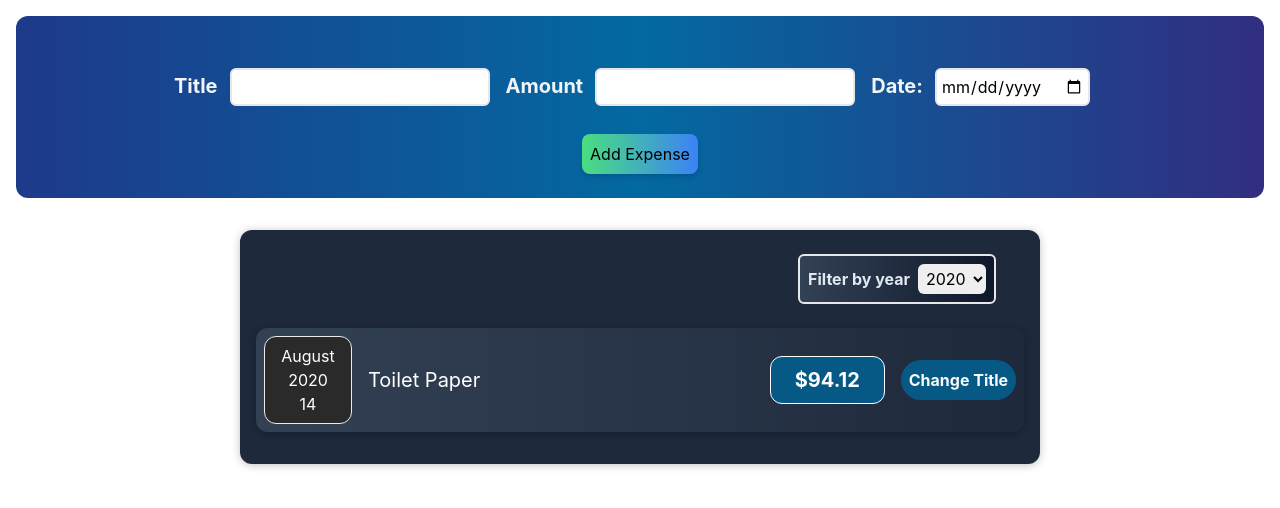
Repository: Sef24/expense-tracker
Page: /
The author's editor kept a copy of each file at every save. The page is drawn from the files as they stood at one save, then again after the next save.
The browser window is 1280 px wide. The pictures show the whole page.
The project was rebuilt for these pictures with package versions that can differ from the ones it lists, and the page was loaded fresh each time. Also part of the build but not shown: src/components/NewExpense/NewExpense.css, src/components/NewExpense/ExpenseForm.css.

Above is the page before, as saved 2022-05-03 15:26:51.

### public/index.html
<!DOCTYPE html>
<html lang="en">
  <head>
    <meta charset="utf-8" />
    <link rel="icon" href="%PUBLIC_URL%/favicon.ico" />
    <meta name="viewport" content="width=device-width, initial-scale=1" />

    <meta
      name="description"
      content="Web site created using create-react-app"
    />
    <link rel="apple-touch-icon" href="%PUBLIC_URL%/logo192.png" />
    <!--
      manifest.json provides metadata used when your web app is installed on a
      user's mobile device or desktop. See https://developers.google.com/web/fundamentals/web-app-manifest/
    -->
    <link rel="manifest" href="%PUBLIC_URL%/manifest.json" />
    <!--
      Notice the use of %PUBLIC_URL% in the tags above.
      It will be replaced with the URL of the `public` folder during the build.
      Only files inside the `public` folder can be referenced from the HTML.

      Unlike "/favicon.ico" or "favicon.ico", "%PUBLIC_URL%/favicon.ico" will
      work correctly both with client-side routing and a non-root public URL.
      Learn how to configure a non-root public URL by running `npm run build`.
    -->
    <title>React App</title>
  </head>
  <body>
    <noscript>You need to enable JavaScript to run this app.</noscript>
    <div id="root"></div>
    <!--
      This HTML file is a template.
      If you open it directly in the browser, you will see an empty page.

      You can add webfonts, meta tags, or analytics to this file.
      The build step will place the bundled scripts into the <body> tag.

      To begin the development, run `npm start` or `yarn start`.
      To create a production bundle, use `npm run build` or `yarn build`.
    -->
  </body>
</html>

### src/App.js
import Expenses from "./components/Expenses";
import NewExpense from "./components/NewExpense/NewExpense";
import { useState } from "react";

const DUMMY_DATA = [
  {
    id: "e1",
    title: "Toilet Paper",
    amount: 94.12,
    date: new Date(2020, 7, 14),
  },
  { id: "e2", title: "New TV", amount: 799.49, date: new Date(2021, 2, 12) },
  {
    id: "e3",
    title: "Car Insurance",
    amount: 294.67,
    date: new Date(2021, 2, 28),
  },
  {
    id: "e4",
    title: "New Desk (Wooden)",
    amount: 450,
    date: new Date(2021, 5, 12),
  },
];

function App() {
  const [expenses, setExpenses] = useState(DUMMY_DATA);

  const addExpenseHandler = (expense) => {
    setExpenses((prevExpenses) => {
      return [expense, ...prevExpenses];
    });
  };
  return (
    <div>
      <div>
        <NewExpense onAddExpense={addExpenseHandler} />
        <Expenses items={expenses} />
      </div>
    </div>
  );
}

export default App;

### src/components/Expenses.js
import React, { useState } from "react";
import ExpenseItem from "./ExpenseItem";
import "./Expenses.css";
import ExpensesFilter from "./NewExpense/ExpensesFilter";

function Expenses(props) {
  const [filteredYear, setFilteredYear] = useState("2020");

  const filterChangeHandler = (selectedYear) => {
    setFilteredYear(selectedYear);
  };

  const filteredExpenses = props.items.filter((expense) => {
    return expense.date.getFullYear().toString() === filteredYear;
  });

  return (
    <div>
      <div className="expenses  bg-slate-800 ... ">
        <ExpensesFilter
          selected={filteredYear}
          onChangeFilter={filterChangeHandler}
        />
        {filteredExpenses.map((expense) => (
          <ExpenseItem
            key={expense.id}
            title={expense.title}
            amount={expense.amount}
            date={expense.date}
          />
        ))}
      </div>
    </div>
  );
}

export default Expenses;

### src/components/NewExpense/NewExpense.js
import React from "react";
import "./NewExpense.css";
import ExpenseForm from "./ExpenseForm";

function NewExpense(props) {
  const saveExpenseDataHandler = (enteredExpenseData) => {
    const expenseData = {
      ...enteredExpenseData,
      id: Math.random().toString(),
    };
    console.log(expenseData);
    props.onAddExpense(expenseData);
  };

  return (
    <div>
      <ExpenseForm onSaveExpenseData={saveExpenseDataHandler} />
    </div>
  );
}

export default NewExpense;

### src/components/ExpenseItem.js
import React, { useState } from "react";
import "./ExpenseItem.css";
import ExpenseDate from "./ExpenseDate";

function ExpenseItem(props) {
  const [title, setTitle] = useState(props.title);

  const clickHandler = () => {
    setTitle("Updated");
    console.log(title);
  };

  return (
    <div className="expense-item bg-gradient-to-r  from-slate-700  to-slate-800 ... border-x-cyan-100 ">
      <ExpenseDate date={props.date} />

      <div className="expense-item__description">
        <h2>{props.title}</h2>

        <div className="expense-item__price bg-sky-800">${props.amount}</div>
      </div>
      <button
        className="p-2 ml-4 border-transparent rounded-full border-0
        bg-sky-800 font-bold text-slate-50"
        onClick={clickHandler}
      >
        Change Title
      </button>
    </div>
  );
}

export default ExpenseItem;

### src/components/Expenses.css
.expenses {
  padding: 1rem;

  margin: 2rem auto;
  width: 50rem;
  max-width: 95%;
  border-radius: 12px;
  box-shadow: 0 1px 8px rgba(0, 0, 0, 0.25);
}

### src/components/NewExpense/ExpensesFilter.js
import React from "react";

const ExpensesFilter = (props) => {
  const dropdownChangeHandler = (event) => {
    props.onChangeFilter(event.target.value);
  };
  return (
    <div className="">
      <div className="flex justify-end p-2 mr-5 ">
        <div
          className="border-2  rounded-md border-inherit p-2 ml-6
        bg-gradient-to-r from-slate-700 to-slate-900 ..."
        >
          <label className="text-slate-200 font-bold mr-2">
            Filter by year
          </label>
          <select
            value={props.selected}
            onChange={dropdownChangeHandler}
            className="rounded-md p-1"
          >
            <option value="2022">2022</option>
            <option value="2021">2021</option>
            <option value="2020">2020</option>
            <option value="2019">2019</option>
          </select>
        </div>
      </div>
    </div>
  );
};

export default ExpensesFilter;

### src/components/NewExpense/ExpenseForm.js
import React, { useState } from "react";
import "./ExpenseForm.css";

function ExpenseForm(props) {
  const [titleHandler, setTitleHandler] = useState("");
  const [amountHandler, setAmountHandler] = useState("");
  const [dateHandler, setDateHandler] = useState("");

  const handleTitleChange = (event) => {
    setTitleHandler(event.target.value);
  };

  const handleAmountChange = (event) => {
    setAmountHandler(event.target.value);
  };

  const handleDateChange = (event) => {
    setDateHandler(event.target.value);
  };

  const handleSubmit = (event) => {
    event.preventDefault();

    const expenseData = {
      title: titleHandler,
      amount: amountHandler,
      date: new Date(dateHandler),
    };
    props.onSaveExpenseData(expenseData);
    setTitleHandler("");
    setAmountHandler("");
    setDateHandler("");
  };

  return (
    <form
      className="bg-gradient-to-r from-blue-900 via-sky-700 to-indigo-900 ... p-6 m-4 rounded-xl"
      onSubmit={handleSubmit}
    >
      <div className="flex justify-center pt-4 m-3">
        <div className="font-bold text-slate-100 text-xl mr-1 mt-1">Title</div>
        <input
          className="border-2 mr-4 ml-2 rounded-md p-1 hover:bg-slate-50 active:bg-slate-50 "
          type="text"
          onChange={handleTitleChange}
          value={titleHandler}
        />

        <div className="font-bold text-slate-100 text-xl mr-1 mt-1">Amount</div>
        <input
          className="border-2 mr-4 ml-2 rounded-md p-1 hover:bg-slate-50 active:bg-slate-50"
          type="number"
          min="0.01"
          step="0.01"
          onChange={handleAmountChange}
          value={amountHandler}
        />

        <div className="font-bold text-slate-100 text-xl mr-1 mt-1">Date:</div>
        <input
          className="border-2 mr-4 ml-2 rounded-md p-1 hover:bg-slate-50 active:bg-slate-50"
          type="date"
          onChange={handleDateChange}
          value={dateHandler}
        />
      </div>
      <div className="flex justify-center">
        <button
          type="submit"
          className="p-2 mt-4 border-3 border-solid rounded-lg shadow-md
          bg-gradient-to-r from-green-400 to-blue-500
          hover:from-pink-500 hover:to-yellow-500 ...
          active:opacity-75"
        >
          Add Expense
        </button>
      </div>
    </form>
  );
}

export default ExpenseForm;

### src/components/ExpenseItem.css
.expense-item {
  display: flex;
  justify-content: space-between;
  align-items: center;
  box-shadow: 0 2px 8px rgba(0, 0, 0, 0.25);
  padding: 0.5rem;
  margin: 1rem 0;
  border-radius: 12px;
}

.expense-item__description {
  display: flex;
  flex-direction: column;
  gap: 1rem;
  align-items: flex-end;
  flex-flow: column-reverse;
  justify-content: flex-start;
  flex: 1;
}

.expense-item h2 {
  color: #3a3a3a;
  font-size: 1rem;
  flex: 1;
  margin: 0 1rem;
  color: white;
}

.expense-item__price {
  font-size: 1rem;
  font-weight: bold;
  color: white;

  border: 1px solid white;
  padding: 0.5rem;
  border-radius: 12px;
}

@media (min-width: 580px) {
  .expense-item__description {
    flex-direction: row;
    align-items: center;
    justify-content: flex-start;
    flex: 1;
  }

  .expense-item__description h2 {
    font-size: 1.25rem;
  }

  .expense-item__price {
    font-size: 1.25rem;
    padding: 0.5rem 1.5rem;
  }
}

### src/components/ExpenseDate.js
import React from "react";
import "./ExpenseDate.css";

function ExpenseDate(props) {
  const month = props.date.toLocaleString("en-US", { month: "long" });
  const day = props.date.getDate();
  const year = props.date.getFullYear();

  return (
    <div className="expense-date">
      <div className="expense__month">{month}</div>
      <div className="expense__year">{year}</div>
      <div className="expense__day">{day}</div>
    </div>
  );
}

export default ExpenseDate;

Loaded but not shown: src/index.js (common file); src/index.css (common file); src/components/ExpenseDate.css (common file); tailwind.config.js (common file)

After the next save:
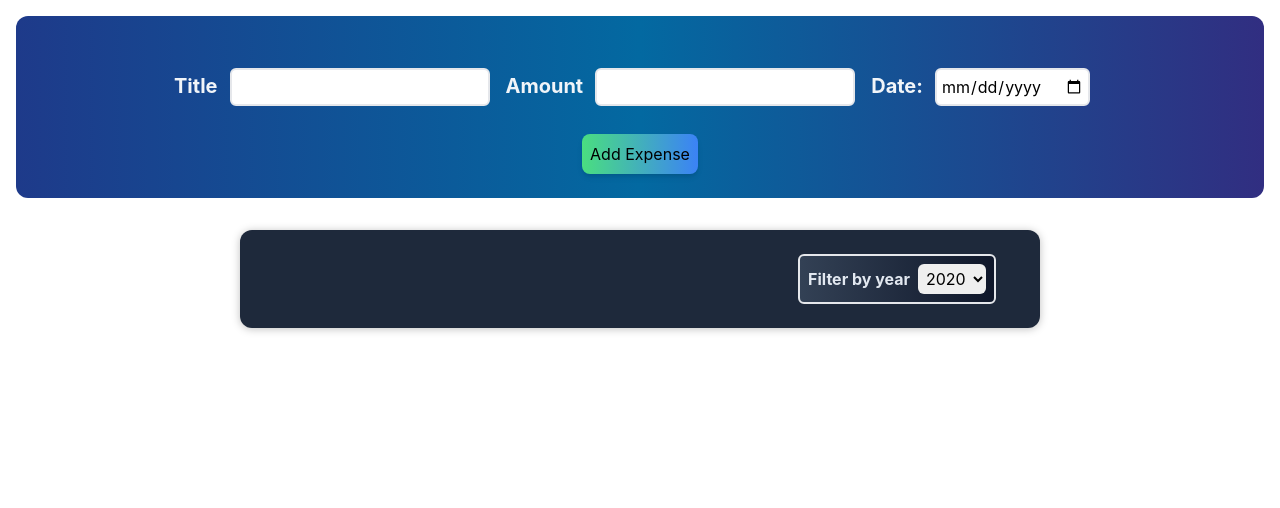
Saved 9 min 8 s later.
--- a/src/components/Expenses.js
+++ b/src/components/Expenses.js
@@ -14,6 +14,18 @@ function Expenses(props) {
     return expense.date.getFullYear().toString() === filteredYear;
   });
 
+  let expensesContent = <p>No expenses found.</p>;
+  if (filteredExpenses.length > 0) {
+    expensesContent = filteredExpenses.map((expense) => (
+      <ExpenseItem
+        key={expense.id}
+        id={expense.id}
+        title={expense.title}
+        amount={expense.amount}
+        date={expense.date}
+      />
+    ));
+  }
   return (
     <div>
       <div className="expenses  bg-slate-800 ... ">
@@ -21,14 +33,6 @@ function Expenses(props) {
           selected={filteredYear}
           onChangeFilter={filterChangeHandler}
         />
-        {filteredExpenses.map((expense) => (
-          <ExpenseItem
-            key={expense.id}
-            title={expense.title}
-            amount={expense.amount}
-            date={expense.date}
-          />
-        ))}
       </div>
     </div>
   );

After the save that followed:
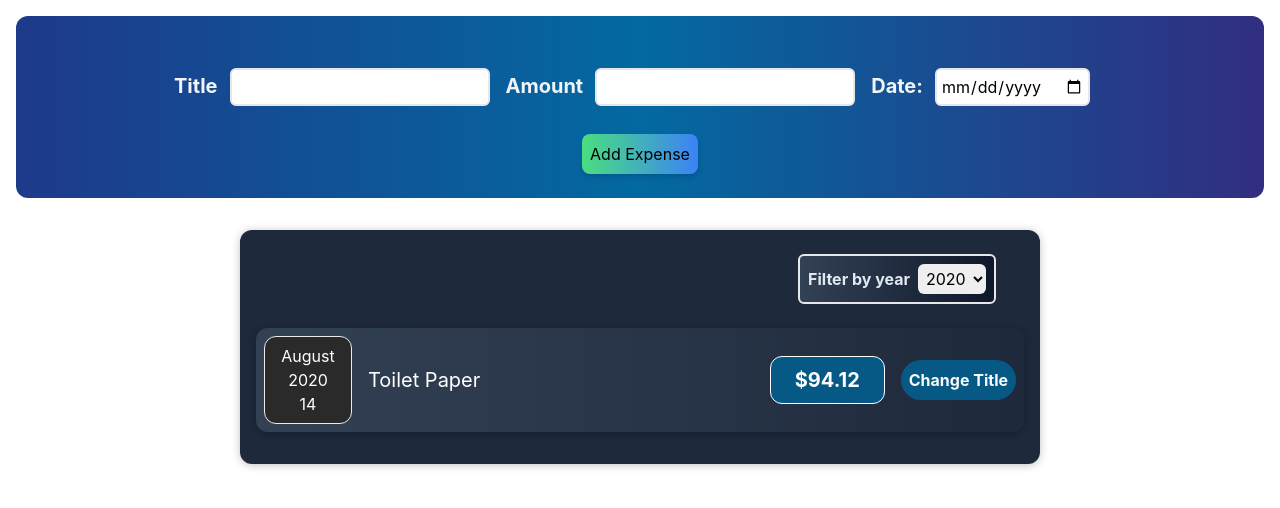
Saved 25 s later.
--- a/src/components/Expenses.js
+++ b/src/components/Expenses.js
@@ -33,6 +33,7 @@ function Expenses(props) {
           selected={filteredYear}
           onChangeFilter={filterChangeHandler}
         />
+        {expensesContent}
       </div>
     </div>
   );
